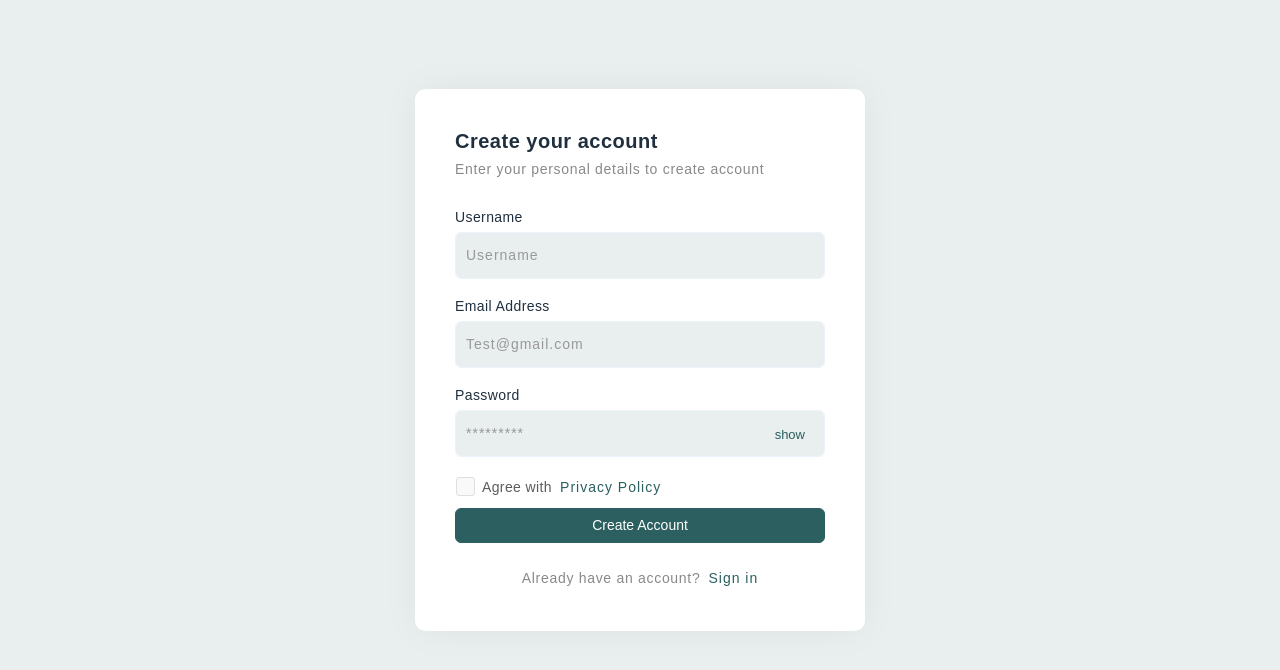
Repository: SPOTWEBDEV/ReceiptGeneratorWebsite
Page: http://localhost/ReceiptGeneratorWebsite/sign-up/
The author's editor kept a copy of each file at every save. The page is drawn from the files as they stood at one save, then again after a run of saves.
The browser window is 1280 px wide. The pictures show the whole page.
Some web fonts or font styles are not loaded; a fallback is used. The page is run by PHP 8.4 with error messages shown; the project is at /var/www/html/.

Above is the page before, as saved 2025-07-30 15:19:12.

After the next 3 saves:
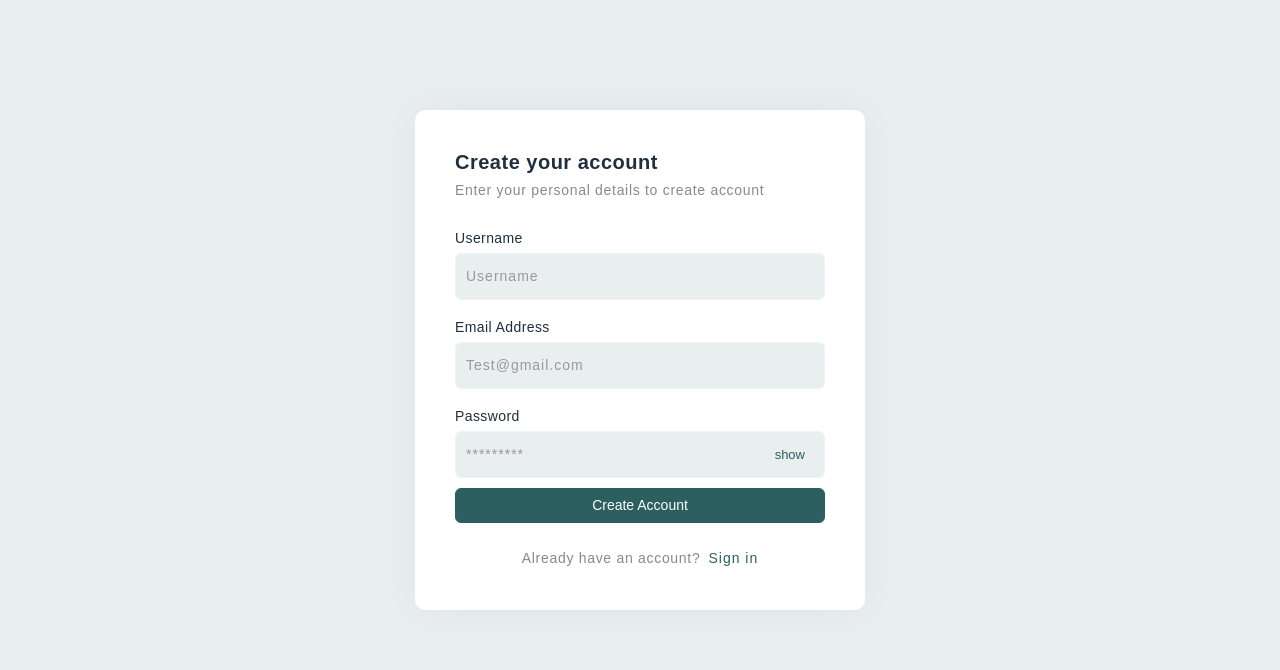
The 3 saves are shown as one change because they came seconds apart.
The last was saved 5 min 17 s later.
--- a/sign-up/index.php
+++ b/sign-up/index.php
@@ -126,11 +126,6 @@
                   </div>
                 </div>
                 <div class="form-group mb-0">
-                  <div class="checkbox p-0">
-                    <input id="checkbox1" type="checkbox">
-                    <label class="text-muted" for="checkbox1">Agree with<a class="ms-2" href="#">Privacy
-                        Policy</a></label>
-                  </div>
                   <button name="register" class="btn btn-primary btn-block w-100" type="submit">Create Account</button>
                 </div>
 
